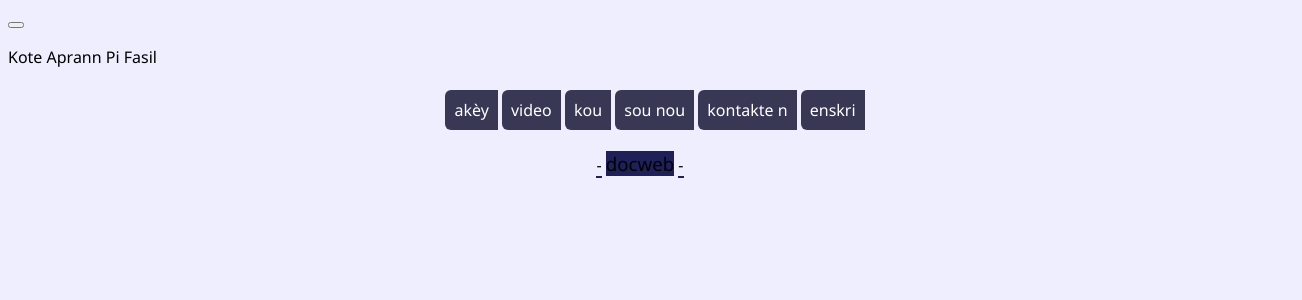
Repository: duperweb/docweb
Page: index.html
These files come from the project's save history. The page is drawn as it stood at one moment and after a run of saves; the edit follows.
The browser window is 1280 px wide. The page is 1302 px wide, so the pictures cover 1302 px, including what lies to the right of the window. The pictures show the whole page.

Above is the page before, as saved 2021-03-16 15:22:25.

### index.html
<!DOCTYPE html>
<html lang="en">
<head>
    <meta charset="UTF-8">
    <meta http-equiv="X-UA-Compatible" content="IE=edge">
    <meta name="viewport" content="width=device-width, initial-scale=1.0">
    <title>DocWeb: Dokiman Pou Aprann Devlope Web</title>
    <link rel="stylesheet"href="https://fonts.googleapis.com/css?family=Tangerine">
    <link rel="stylesheet" href="assets/css/home.css">
</head>
<body>
    <!--HEADER SECTION WITH ITS CHILD-->
    <header id="header-pages">

        <nav class="top-message">
            <!--the button menu for mobile devices-->
            <button id="button-top-menu"  title="KLIKE POU WE SA K GEN NAN MENU">
                    <span></span>
                    <span></span>
                    <span></span>
            </button>
            <p>Kote Aprann Pi Fasil </p>
        </nav>

        <!--the top menu horizontal-->
        <nav id="nav-horizontal-menu" class="">
            <a href="index.html">akèy</a>
            <a href="video.html">video</a>
            <a href="kou.html">kou</a>
            <a href="about.html">sou nou</a>
            <a href="mailto:duperweb@gmail.com">kontakte n</a>
            <a href="sign.html" id="signin">enskri</a>
        </nav> <!-- end of the top menu horizontal-->
        <div class="docweb">
            <span class="header-line">-</span>
             <span class="docweb-text-logo">docweb</span>
            <span class="header-line">-</span>
        </div>

    </header><!--end of the HEADER SECTION-->

<!--this the top line section-->
</body>
</html>

### assets/css/home.css
/**************************************
IMPORTING OTHER FILE TO LOAD FIRST
*************************************/


/********************************
    RESET DEFAULT BEHAVIOR
********************************/
a {
    text-decoration: none;
}

body {
    background-color: #eef;
    font-family: 'Segoe UI', Tahoma, Geneva, Verdana, sans-serif
}

/*===================== HEADER PAGES SECTION===========================*/
.header-pages {
    /*with  % make container relative to size and can be centralized*/
    margin: 0 auto;
    width: 100%;
}

#nav-horizontal-menu {
    width: 100%;
    margin: 15px auto;
    padding: 15px;
    border-radius: 0 0 6px 6px;
    text-align: center;
}
#nav-horizontal-menu a {
    color: white;
    background-color: #383855;
    padding: 9px;
    border-radius: 6px 0 0 6px;

}
.docweb {
    margin: 0 auto;
    text-align: center;
}

.container-topline {
    margin-top: 10px;
    display: flex;
    justify-content: center;
    width: 80%;
    margin: 13px auto;
}

.header-line {
    font-size: 16px;
    flex: 2;
    width: 2000px;
    border-bottom: 2px #1f1f5a double;
}

.top-text {
    flex: 1;
    color: whitesmoke;
    border-radius: 100px;


    padding: 10px;
    box-shadow: 5px 5px #383855;
}
.docweb-text-logo {
    background: #1f1f5a;
    font-size: 14pt;
}
/*===================== END OF HEADER  TOP SECTION====================*/

After the next 3 saves:
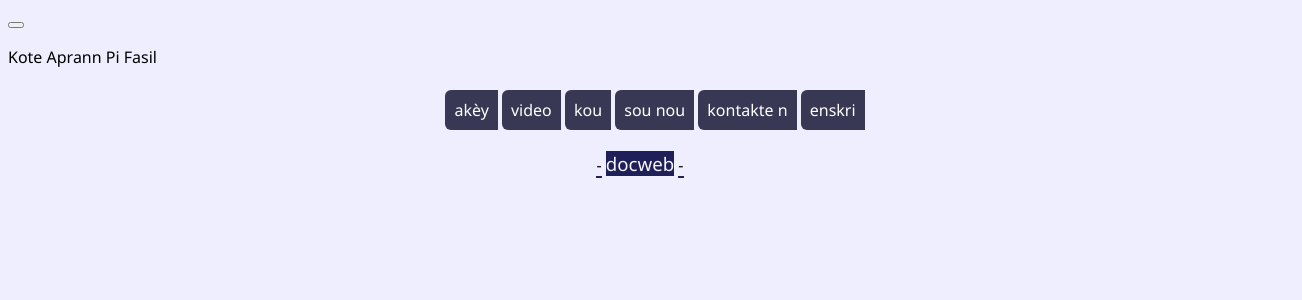
The 3 saves are shown as one change because they came seconds apart.
The last was saved 18 s later.
--- a/assets/css/home.css
+++ b/assets/css/home.css
@@ -58,7 +58,7 @@ body {
 
 .top-text {
     flex: 1;
-    color: whitesmoke;
+    ;
     border-radius: 100px;
 
 
@@ -68,5 +68,6 @@ body {
 .docweb-text-logo {
     background: #1f1f5a;
     font-size: 14pt;
+    color: whitesmoke
 }
 /*===================== END OF HEADER  TOP SECTION====================*/
